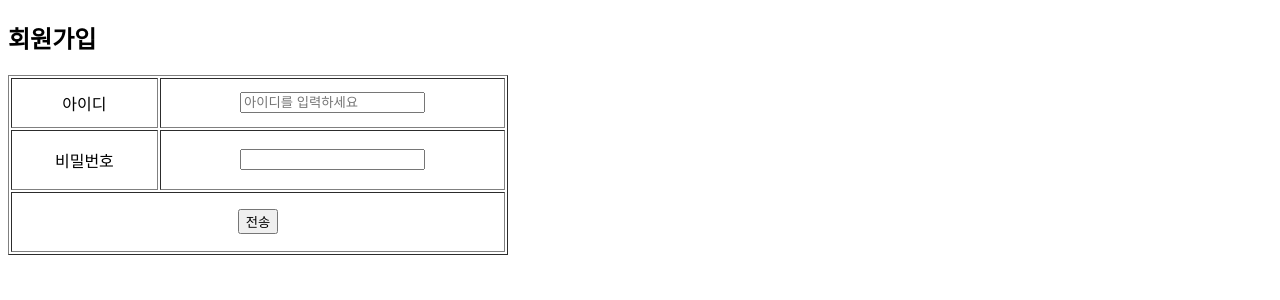
Repository: junirang330/Jsp2026
Page: http://localhost/chapter01/Request/Requestjoin.jsp
The author's editor kept a copy of each file at every save. The page is drawn from the files as they stood at one save, then again after the next save.
The browser window is 1280 px wide. The pictures show the whole page.
The page is served by Tomcat 9.

Above is the page before, as saved 2026-10-19 06:33:42.

After the next save:
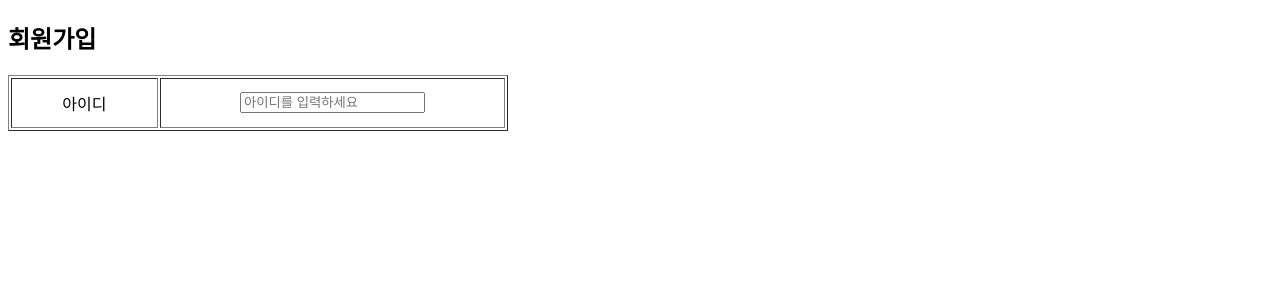
Saved 12 s later.
--- a/chapter01/src/main/webapp/Request/Requestjoin.jsp
+++ b/chapter01/src/main/webapp/Request/Requestjoin.jsp
@@ -18,17 +18,6 @@
 					</td>
 
 				</tr>
-				<tr height = "60">
-					<td align = "center" width = "150">비밀번호</td>
-					<td align = "center" width = "350">
-						<input type = "password" name = "pass"/>
-					</td>
-				</tr>
-				<tr height = "60">
-					<td colspan = "2" align = "center" width = "150">
-						<input type = "submit" value = "전송"/>
-					</td>
-				</tr>
 			</table>
 		</form>
 	</div>
